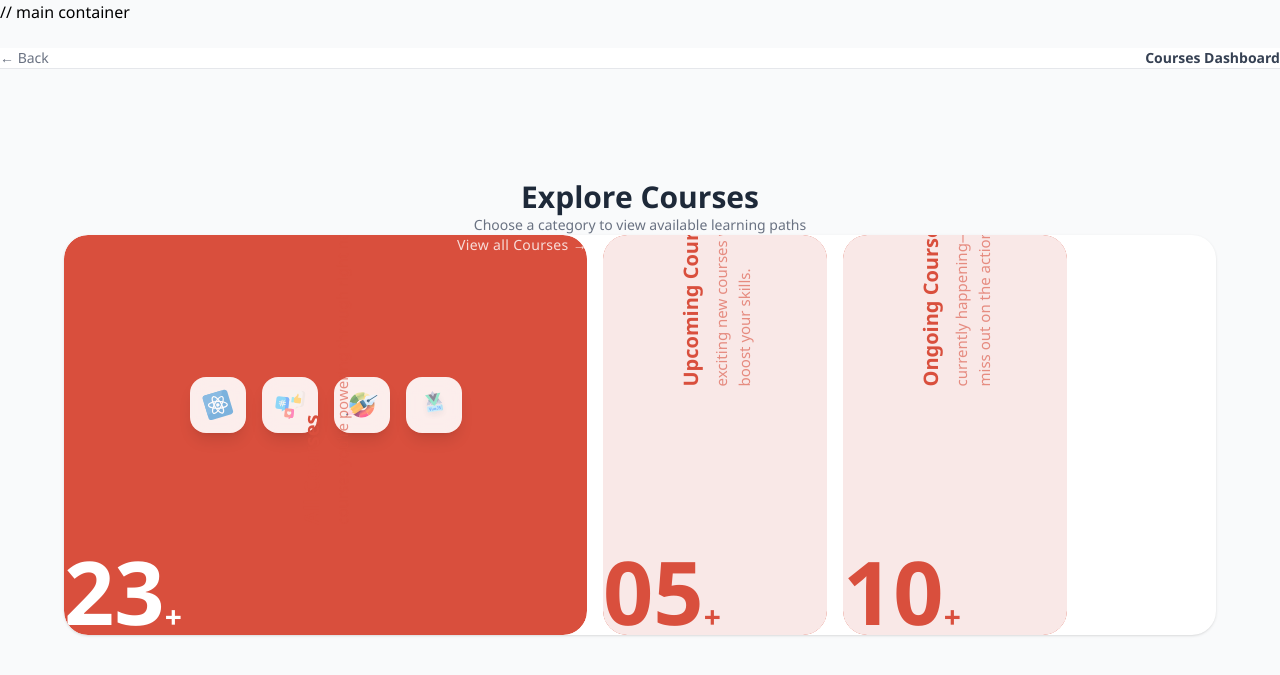
Repository: RahulRajKhadka/nextjs-dashboard-app
Page: /task2
The author's editor kept a copy of each file at every save. The page is drawn from the files as they stood at one save, then again after the next save.
The browser window is 1280 px wide. The pictures show the whole page.
The project was rebuilt for these pictures with package versions that can differ from the ones it lists, and the page was loaded fresh each time. The framework's server and built-in components were replaced by stand-ins that run in the browser. Also part of the build but not shown: next.config.ts.

Above is the page before, as saved 2026-04-11 11:49:38.

### src/app/layout.tsx
import type { Metadata } from "next";
import "./globals.css";

export const metadata: Metadata = {
  title: "SkillShikshya Tasks",
  description: "Frontend & Logical Tasks",
};

export default function RootLayout({
  children,
}: {
  children: React.ReactNode;
}) {
  return (
    <html lang="en">
      <body>{children}</body>
    </html>
  );
}

### src/app/task2/page.tsx
"use client";
import dynamic from "next/dynamic";
import Link from "next/link";

const CourseCards = dynamic(() => import("@/components/task2/CourseCards"), {
  loading: () => (
    <div className="flex items-center justify-center h-[300px] text-gray-400 text-sm">
      Loading courses...
    </div>
  ),
  ssr: false,
});

export default function Task2Page() {
  return (
    <main className="min-h-screen bg-gray-50 flex flex-col gap-6 "> // main container

      {/* Top Bar */}
      <div className="flex items-center justify-between px-6 md:px-10 py-4 border-b border-gray-200 bg-white">
        <Link
          href="/"
          className="text-sm text-gray-500 hover:text-gray-900 transition-colors"
        >
          ← Back
        </Link>

        <span className="text-sm font-semibold text-gray-700">
          Courses Dashboard
        </span>
      </div>

      {/* Centered Content */}
      <div className="flex-1 flex items-center justify-center px-4 py-10">

        <div className="w-full max-w-6xl">

          {/* Heading */}
          <div className="mb-8 text-center mt-10">
            <h1 className="text-3xl font-bold text-gray-800">
              Explore Courses
            </h1>
            <p className="text-gray-500 text-sm mt-2">
              Choose a category to view available learning paths
            </p>
          </div>

          {/* Cards */}
          <div className="bg-white rounded-3xl shadow-sm p-4 md:p-6">
            <CourseCards />
          </div>

        </div>

      </div>
    </main>
  );
}

### src/app/globals.css
@import "tailwindcss";

* {
  margin: 0;
  padding: 0;
  box-sizing: border-box;
}

html {
  scroll-behavior: smooth;
}

body {
  font-family: "Segoe UI", sans-serif;
  background-color: #f5f5f5;
}

.vertical-text {
  writing-mode: vertical-rl;
  transform: rotate(180deg);
}

### src/components/task2/CourseCards.tsx
"use client";

import { useState, useRef, useLayoutEffect } from "react";
import CourseCard from "./CourseCard";
import { courseCardsData } from "./courseCardsData";
import gsap from "gsap";

export default function CourseCards() {
  const [expandedId, setExpandedId] = useState<number>(1);
  const cardRefs = useRef<(HTMLDivElement | null)[]>([]);
  const containerRef = useRef<HTMLDivElement>(null);
  const expandedWidth = useRef(0);
  const collapsedWidth = useRef(0);
  const isAnimating = useRef(false);

  useLayoutEffect(() => {
    const container = containerRef.current;
    if (!container) return;

    const totalWidth = container.clientWidth;
    const gap = 16;
    const totalGap = gap * (courseCardsData.length - 1);
    const unit = (totalWidth - totalGap) / courseCardsData.length;
    expandedWidth.current = unit * 1.4;
    collapsedWidth.current = unit * 0.6;

    cardRefs.current.forEach((el, i) => {
      if (el) {
        gsap.set(el, {
          width:
            courseCardsData[i].id === expandedId
              ? expandedWidth.current
              : collapsedWidth.current,
        });
      }
    });
  }, [expandedId]);

  const labelElements = useRef<Map<number, HTMLDivElement>>(new Map());
  const numberElements = useRef<Map<number, HTMLDivElement>>(new Map());

  const setLabelRef = (id: number) => (el: HTMLDivElement | null) => {
    if (el) labelElements.current.set(id, el);
    else labelElements.current.delete(id);
  };

  const setNumberRef = (id: number) => (el: HTMLDivElement | null) => {
    if (el) numberElements.current.set(id, el);
    else numberElements.current.delete(id);
  };

  const handleClick = (courseId: number) => {
    if (courseId === expandedId || isAnimating.current) return;

    const prevIndex = courseCardsData.findIndex(
      (c) => c.id === expandedId
    );
    const newIndex = courseCardsData.findIndex(
      (c) => c.id === courseId
    );
    const newCourse = courseCardsData[newIndex];

    const oldLabel = labelElements.current.get(expandedId);
    const oldNumber = numberElements.current.get(expandedId);
    const newLabel = labelElements.current.get(courseId);
    const newNumber = numberElements.current.get(courseId);

    if (!newLabel || !newNumber) return;

    isAnimating.current = true;

    const tl = gsap.timeline({
      onComplete: () => {
        isAnimating.current = false;
      },
    });

    tl.to(
      cardRefs.current[prevIndex],
      {
        width: collapsedWidth.current,
        duration: 0.5,
        ease: "power3.inOut",
      },
      0
    );

    if (oldLabel) {
      tl.to(
        oldLabel,
        {
          rotation: -90,
          x: 0,
          y: 0,
          color: newCourse.textColor,
          duration: 0.5,
          ease: "power2.inOut",
        },
        0
      );
    }

    if (oldNumber) {
      tl.to(
        oldNumber,
        {
          color: newCourse.textColor,
          duration: 0.3,
        },
        0
      );
    }

    tl.call(() => {
      setExpandedId(courseId);
    }, null, 0.25);

    tl.to(
      cardRefs.current[newIndex],
      {
        width: expandedWidth.current,
        duration: 0.5,
        ease: "power3.inOut",
      },
      0.25
    );

    const labelRect = newLabel.getBoundingClientRect();
    const numberRect = newNumber.getBoundingClientRect();
    const gap = 16;

    const targetX =
      numberRect.right +
      gap -
      (labelRect.left + labelRect.width / 2);
    const targetY =
      numberRect.top +
      numberRect.height / 2 -
      (labelRect.top + labelRect.height / 2);

    tl.fromTo(
      newLabel,
      {
        rotation: -90,
        x: 0,
        y: 0,
        color: newCourse.textColor,
      },
      {
        rotation: 0,
        x: targetX,
        y: targetY,
        color: "#ffffff",
        duration: 0.5,
        ease: "back.out(0.3)",
      },
      0.25
    );

    tl.to(
      newNumber,
      {
        color: "#ffffff",
        duration: 0.3,
      },
      0.4
    );
  };

  return (
    <div
      ref={containerRef}
      className="flex gap-4 box-border w-full my-8 min-h-[200px] md:min-h-[200px] lg:min-h-[400px]"
    >
      {courseCardsData.map((course, i) => (
        <div
          key={course.id}
          ref={(el) => {
            cardRefs.current[i] = el;
          }}
          className="shrink-0 overflow-hidden my-auto rounded-3xl"
        >
          <CourseCard
            course={course}
            isExpanded={expandedId === course.id}
            direction={i === 0 ? "right" : "left"}
            isLeftmost={i === 0}
            onClick={() => handleClick(course.id)}
            setLabelRef={setLabelRef(course.id)}
            setNumberRef={setNumberRef(course.id)}
          />
        </div>
      ))}
    </div>
  );
}

### src/components/task2/CourseCard.tsx
"use client";

import Image from "next/image";
import { useRef, useLayoutEffect } from "react";
import { CourseCard as CourseCardType } from "@/types";
import gsap from "gsap";

interface Props {
  course: CourseCardType;
  isExpanded: boolean;
  onClick: () => void;
  direction: "left" | "right";
  isLeftmost?: boolean;
  setLabelRef: (el: HTMLDivElement | null) => void;
  setNumberRef: (el: HTMLDivElement | null) => void;
}

export default function CourseCard({
  course,
  isExpanded,
  onClick,
  direction,
  isLeftmost = false,
  setLabelRef,
  setNumberRef,
}: Props) {
  const numberRef = useRef<HTMLDivElement>(null);
  const collapsedLabelRef = useRef<HTMLDivElement>(null);
  const iconsRef = useRef<(HTMLSpanElement | null)[]>([]);
  const topbarRef = useRef<HTMLDivElement>(null);
  const expandedViewRef = useRef<HTMLDivElement>(null);
  const circleRef = useRef<HTMLDivElement>(null);

  // Pass refs to parent
  useLayoutEffect(() => {
    setLabelRef(collapsedLabelRef.current);
    setNumberRef(numberRef.current);
  }, [setLabelRef, setNumberRef]);

  // Internal animations (circle, number colour, topbar, icons) – label is handled by parent
  useLayoutEffect(() => {
    if (!numberRef.current || !circleRef.current) return;

    if (isExpanded) {
      const tl = gsap.timeline();
      gsap.set(expandedViewRef.current, { display: "grid" });

      tl.to(circleRef.current, {
        clipPath: "circle(0% at 0% 100%)",
        duration: 0.8,
        ease: "power3.inOut",
      }, 0);

      tl.to(numberRef.current, {
        color: "#ffffff",
        duration: 0.3,
      }, 0.2);

      const topbarFromX = direction === "left" ? 60 : -60;
      tl.fromTo(topbarRef.current,
        { opacity: 0, y: -15, x: topbarFromX },
        { opacity: 1, y: 0, x: 0, duration: 0.5, ease: "power2.out" },
        0.3
      );

      const iconsFromX = direction === "left" ? 120 : -120;
      gsap.set(iconsRef.current, { x: iconsFromX, opacity: 0 });
      iconsRef.current.forEach((icon, i) => {
        tl.to(icon, {
          x: 0,
          opacity: 1,
          duration: 0.4,
          ease: "power2.out",
        }, 0.4 + i * 0.08);
      });
    } else {
      const tl = gsap.timeline();

      tl.to(circleRef.current, {
        clipPath: "circle(130% at 0% 80%)",
        duration: 0.6,
        ease: "power3.inOut",
      }, 0);

      tl.to(numberRef.current, {
        color: course.textColor,
        duration: 0.3,
      }, 0.1);

      tl.set(expandedViewRef.current, { display: "none" }, 0.3);
      tl.set(iconsRef.current, { clearProps: "x,opacity" }, 0.4);
      tl.set(topbarRef.current, { clearProps: "x,y,opacity" }, 0.4);
    }
  }, [isExpanded, direction, course.textColor]);

  return (
    <div
      onClick={onClick}
      className="relative rounded-3xl overflow-hidden cursor-pointer h-full w-full"
      style={{ backgroundColor: course.bgExpanded }}
    >
      {/* Background circle */}
      <div
        ref={circleRef}
        className="absolute inset-0 z-[1]"
        style={{ backgroundColor: course.bg, clipPath: "circle(150% at 0% 100%)" }}
      />

   <div className="absolute inset-0 z-[3] flex flex-col justify-between  pointer-events-none py-6">

  {/* Label - sits at top */}
  <div
    ref={collapsedLabelRef}
    className="flex flex-col gap-1"
    style={{ transform: "rotate(-90deg)", color: course.textColor }}
  >
    <span className="font-bold text-[20px] ">{course.label}</span>
    <p className="text-[15px] opacity-60 ">{course.sublabel}</p>
  </div>

  {/* Number - sits at bottom */}
  <div ref={numberRef} style={{ color: course.textColor }}>
    <div className="flex items-end">
      <span className="font-black leading-none" style={{ fontSize: "clamp(3.5rem,7vw,5.5rem)" }}>
        {String(course.count).padStart(2, "0")}
      </span>
      <span className="font-black text-3xl mb-2 ml-1">+</span>
    </div>
  </div>

</div>

      {/* EXPANDED VIEW – unchanged */}
      <div
        ref={expandedViewRef}
        className="absolute inset-0 z-[2] p-5"
        style={{ display: isExpanded ? "grid" : "none", gridTemplateRows: "auto 1fr auto" }}
      >
        <div ref={topbarRef} className="flex justify-end mt-40 opacity-0">
          <span className="text-white/80 text-sm font-medium tracking-wide">
            View all Courses →
          </span>
        </div>
        <div className="flex gap-4 items-center justify-center">
          {course.icons?.map((iconPath, i) => (
            <span
              key={i}
              ref={(el) => (iconsRef.current[i] = el)}
              className="w-14 h-14 rounded-2xl bg-white/90 backdrop-blur-sm flex items-center justify-center shadow-lg"
            >
              <Image src={iconPath} alt="" width={32} height={32} className="opacity-80" />
            </span>
          ))}
        </div>
        <div className="h-20" />
      </div>
    </div>
  );
}

### src/components/task2/courseCardsData.ts
import { CourseCard } from "@/types";

export const courseCardsData: CourseCard[] = [
  {
    id: 1,
    count: "23",
    label: "All Courses",
    sublabel: "courses you're powering through right now.",
    bg: "#F9E8E7",        // ← was "#D94F3D", should be light pink
    textColor: "#D94F3D",  // ← was "white", red for collapsed state
    bgExpanded: "#D94F3D",
    icons: ["/images/react.svg", "/images/likes.svg", "/images/design.svg", "/images/view.svg"],
  },
  {
    id: 2,
    count: "05",
    label: "Upcoming Courses",
    sublabel: "exciting new courses waiting to boost your skills.",
    bg: "#F9E8E7",
    textColor: "#D94F3D",
    bgExpanded: "#D94F3D",
    icons: ["/images/react.svg", "/images/likes.svg", "/images/design.svg", "/images/view.svg"],
  },
  {
    id: 3,
    count: "10",
    label: "Ongoing Courses",
    sublabel: "currently happening—don't miss out on the action!",
    bg: "#F9E8E7",
    textColor: "#D94F3D",
    bgExpanded: "#D94F3D",
    icons: ["/images/react.svg", "/images/likes.svg", "/images/design.svg", "/images/view.svg"],
  },
];

After the next save:
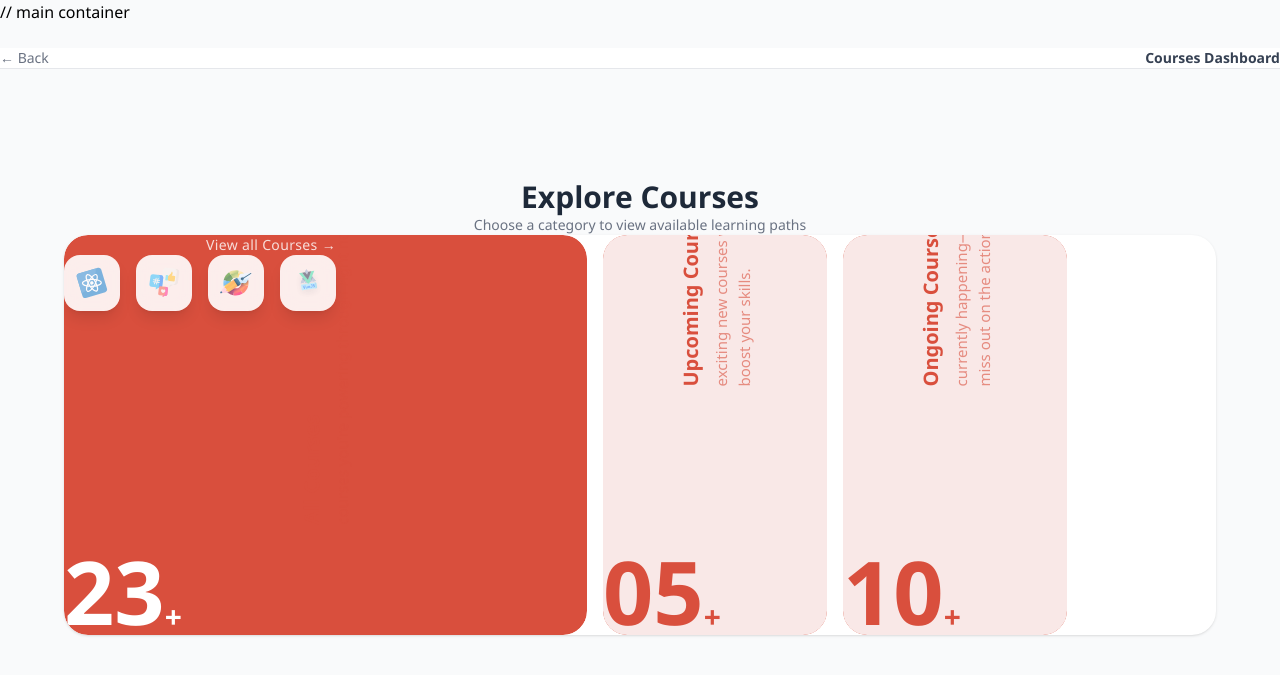
Saved 19 s later.
--- a/src/components/task2/CourseCard.tsx
+++ b/src/components/task2/CourseCard.tsx
@@ -133,7 +133,7 @@
       {/* EXPANDED VIEW – unchanged */}
       <div
         ref={expandedViewRef}
-        className="absolute inset-0 z-[2] p-5"
+        className="absolute  z-[2] p-5"
         style={{ display: isExpanded ? "grid" : "none", gridTemplateRows: "auto 1fr auto" }}
       >
         <div ref={topbarRef} className="flex justify-end mt-40 opacity-0">

After the save that followed:
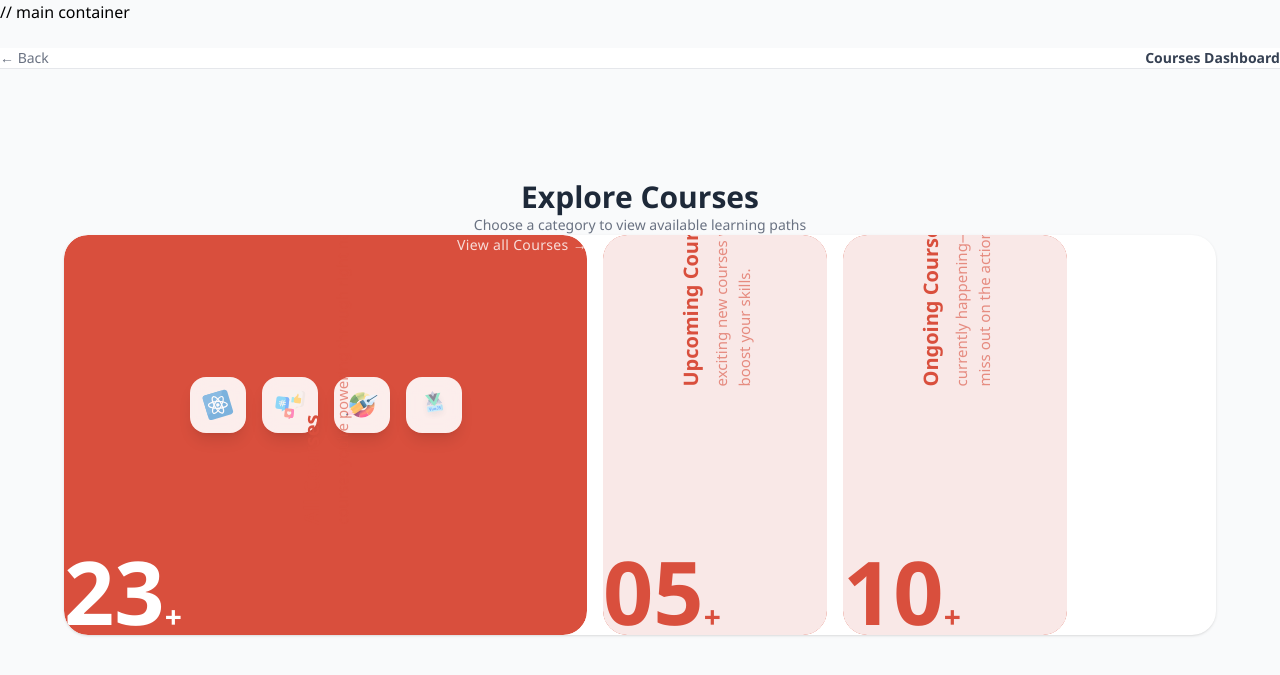
Saved 4 s later.
--- a/src/components/task2/CourseCard.tsx
+++ b/src/components/task2/CourseCard.tsx
@@ -133,7 +133,7 @@
       {/* EXPANDED VIEW – unchanged */}
       <div
         ref={expandedViewRef}
-        className="absolute  z-[2] p-5"
+        className="absolute inset-0 z-[2] p-5"
         style={{ display: isExpanded ? "grid" : "none", gridTemplateRows: "auto 1fr auto" }}
       >
         <div ref={topbarRef} className="flex justify-end mt-40 opacity-0">
